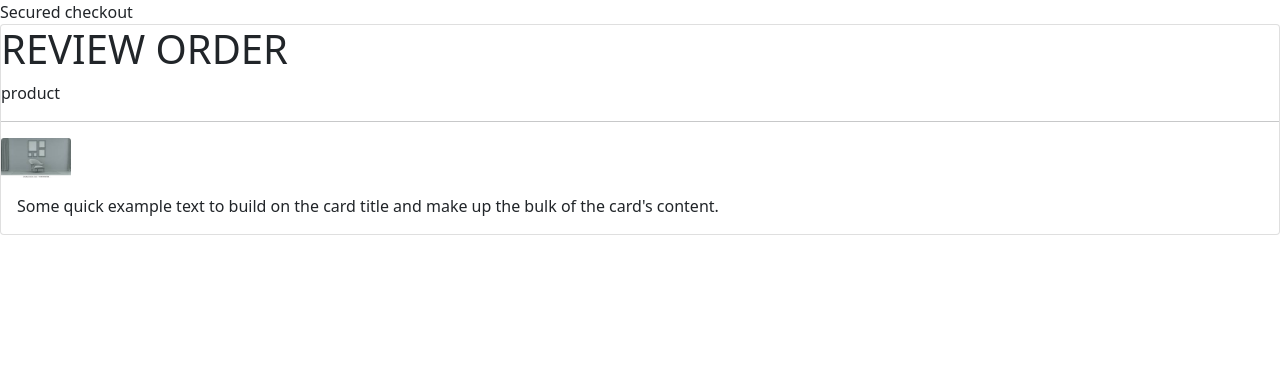
Repository: sreech465/e-prathibha
Page: /checkouts
An editor plug-in stored every save of this project. The page is shown before and after the next save, followed by the edit.
The browser window is 1280 px wide. The pictures show the whole page.
The project was rebuilt for these pictures with package versions that can differ from the ones it lists, and the page was loaded fresh each time. Also part of the build but not shown: src/Redux/Actions.js, src/Components/Register.js, src/Components/Verify.js, src/Components/Header.js, src/Components/Login.js, src/Components/Popup.css, src/Components/Popup.js, src/Components/WritExam.css and 9 more.

Above is the page before, as saved 2022-10-18 18:33:12.

After the next save:
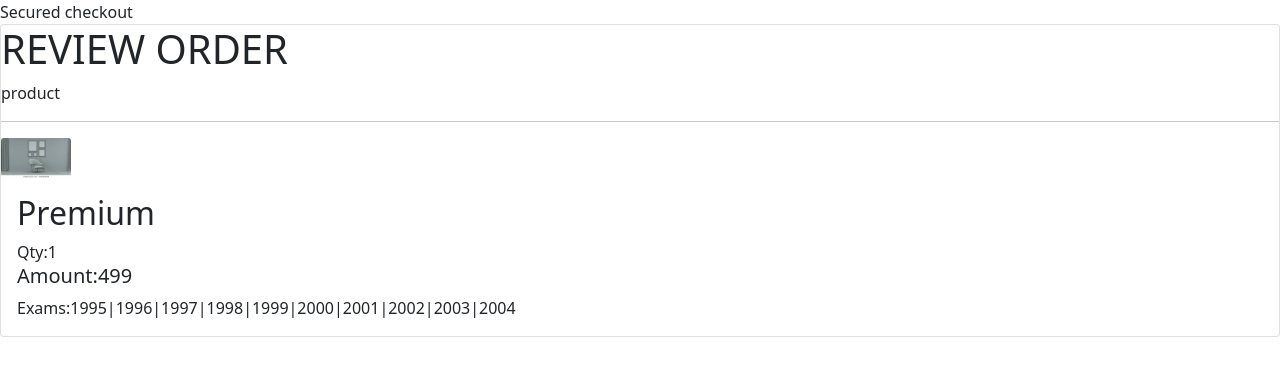
Saved 2 min 11 s later.
--- a/src/Components/Checkouts.js
+++ b/src/Components/Checkouts.js
@@ -17,10 +17,10 @@ const Checkouts = () => {
             alt="Card image cap"
           />
           <div class="card-body">
-            <p class="card-text">
-              Some quick example text to build on the card title and make up the
-              bulk of the card's content.
-            </p>
+            <h2>Premium</h2>
+            <div>Qty:1</div>
+            <h5>Amount:499</h5>
+            <div>Exams:1995|1996|1997|1998|1999|2000|2001|2002|2003|2004</div>
           </div>
         </div>
       </div>
